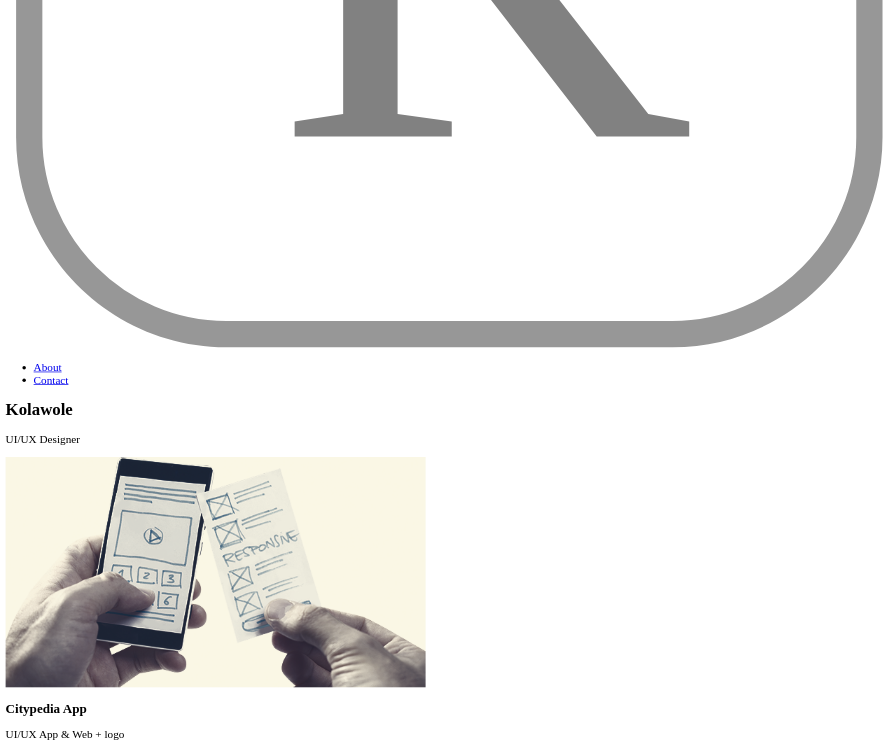
Repository: KolaCode/portfolio
Page: app/index.html
These files come from the project's save history. The page is drawn as it stood at one moment and after the next save; the edit follows.
The browser window is 1280 px wide. The pictures show the part of the page from y = 757 to 2677 px (the page is 1832 px tall before and 2677 px after), at 70% of full size.

Above is the page before, as saved 2017-09-30 20:41:25.

### app/index.html
<! DOCTYPE <html>
<html>
    <head>
        <meta name="viewport" content="width=device-width, initial-scale=1" />
        <link href='https://fonts.googleapis.com/css?family=roboto:400,100,300,500,700' rel='stylesheet' type='text/css'>

        <title>Kolawole Olaoluwa Portfolio</title>

        <meta name="keywords" content="UI/UX designer">
        <meta name="description" content="Solving product design problems for entrepreneurs, startups and consultants"
    </head>

    <body>
        <header>
            <img src="assets/images/icons/logo.svg">
            <nav>
                <ul>
                    <li><a href="#about-me">About</a></li>
                    <li><a href="#contact">Contact</a></li>
                </ul>
            </nav>
        </header>

        <div class="wrapper">
            <div class="intro">
                <h2>Kolawole</h2>
                <p>UI/UX Designer</p>
            </div>
        </div>

        <div>
            <div>
                <div>
                    <img src="assets/images/project1.png">
                </div>
                <div>
                    <h3>Citypedia App</h3>
                    <p>UI/UX App & Web + logo</p>
                </div>
            </div>
        </div>

    </body>
</html>

After the next save:
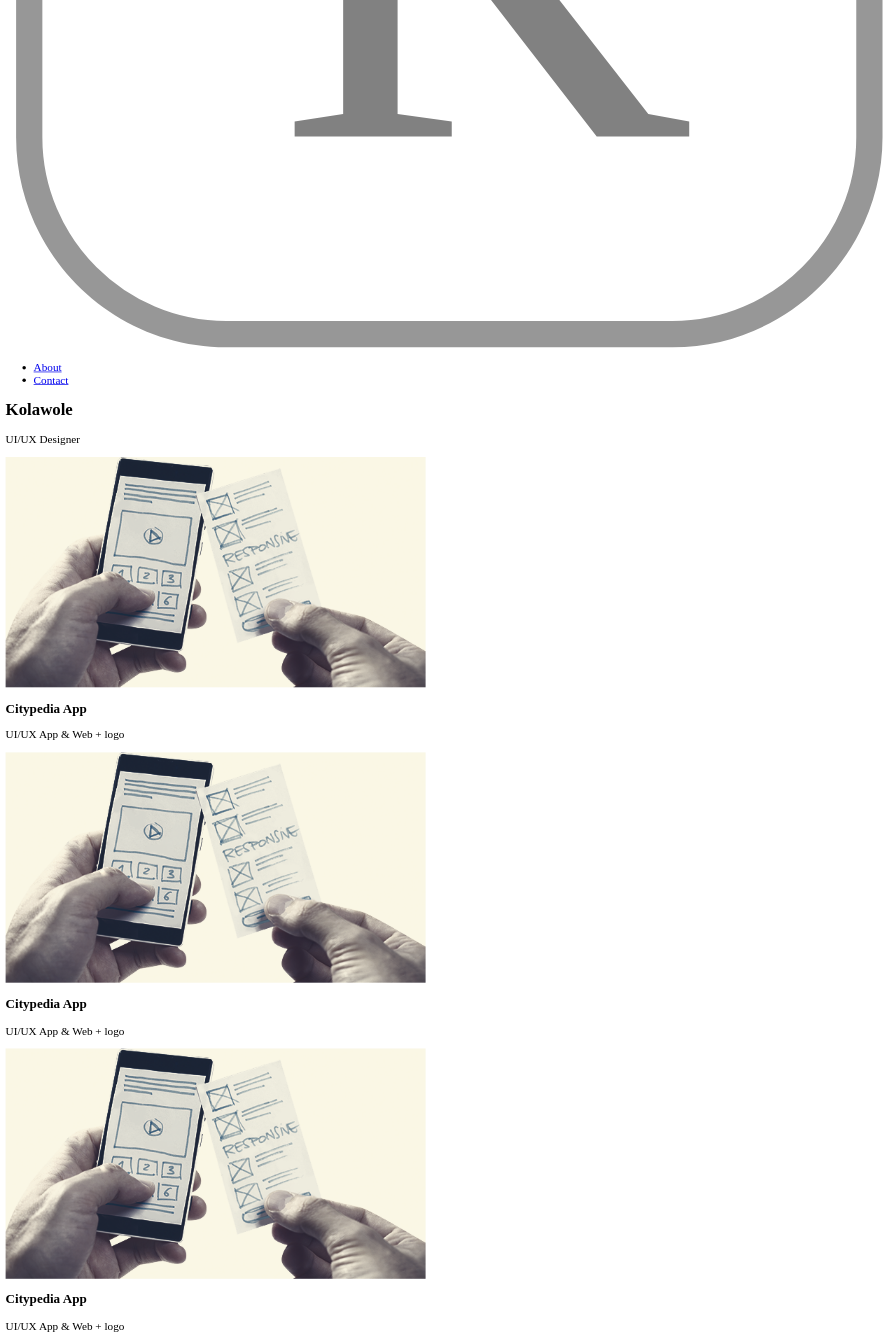
Saved 7 min 57 s later.
--- a/app/index.html
+++ b/app/index.html
@@ -28,14 +28,36 @@
             </div>
         </div>
 
-        <div>
-            <div>
-                <div>
-                    <img src="assets/images/project1.png">
+        <div class="wrapper">
+            <div class="container">
+                <div class=project>
+                    <div class="project__image">
+                        <img src="assets/images/project1.png">
+                    </div>
+                    <div class="project__info">
+                        <h3 class="project__title">Citypedia App</h3>
+                        <p class="project__subtitle">UI/UX App & Web + logo</p>
+                    </div>
                 </div>
-                <div>
-                    <h3>Citypedia App</h3>
-                    <p>UI/UX App & Web + logo</p>
+
+                <div class=project>
+                    <div class="project__image">
+                        <img src="assets/images/project1.png">
+                    </div>
+                    <div class="project__info">
+                        <h3 class="project__title">Citypedia App</h3>
+                        <p class="project__subtitle">UI/UX App & Web + logo</p>
+                    </div>
+                </div>
+
+                <div class=project>
+                    <div class="project__image">
+                        <img src="assets/images/project1.png">
+                    </div>
+                    <div class="project__info">
+                        <h3 class="project__title">Citypedia App</h3>
+                        <p class="project__subtitle">UI/UX App & Web + logo</p>
+                    </div>
                 </div>
             </div>
         </div>
